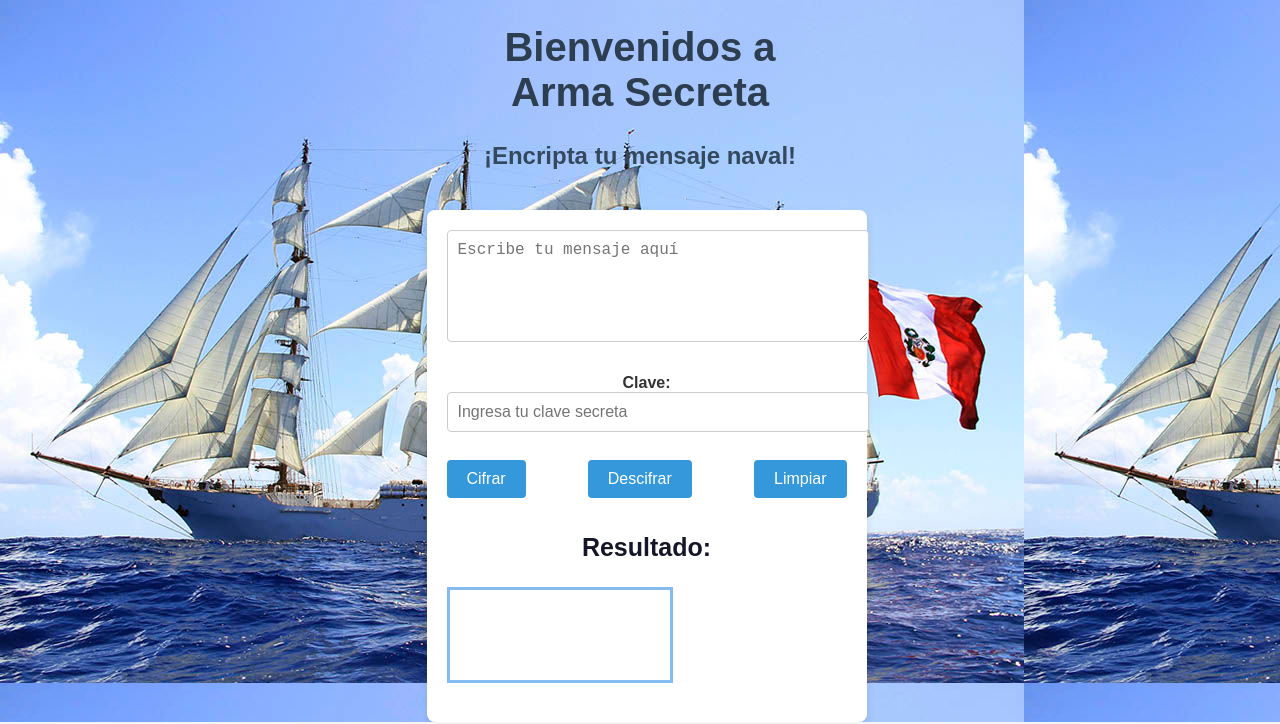
Repository: SusanaCahuantico/LIM009-Cipher
Page: src/index.html
These files come from the project's save history. The page is drawn as it stood at one moment and after the next save; the edit follows.
The browser window is 1280 px wide. The pictures show the whole page.

Above is the page before, as saved 2025-03-05 12:06:57.

### src/index.html
<!DOCTYPE html>
<html lang="es">
<head>
  <meta charset="UTF-8">
  <meta name="viewport" content="width=device-width, initial-scale=1.0">
  <title>Arma Secreta</title>
  <link rel="stylesheet" href="style.css">
</head>
<body>
  <header>
    <h1>Bienvenidos a <br>Arma Secreta</h1>
    <h2>¡Encripta tu mensaje naval!</h2>
  </header>
  <main>
    <div class="container">
      <textarea id="mensaje" cols="35" rows="5" placeholder="Escribe tu mensaje aquí"></textarea>
      <br><br>
      <label for="offset"><strong>Clave:</strong></label>
      <input type="text" id="offset" placeholder="Ingresa tu clave secreta">
      <br><br>
      <div class="buttons">
        <button id="cifrar" class="btn">Cifrar</button>
        <button id="descifrar" class="btn">Descifrar</button>
        <button id="limpiar" class="btn">Limpiar</button>
      </div>
      <h3>Resultado:</h3>
      <p id="result"></p>
    </div>
  </main>
  <script src="cipher.js"></script>
  <script src="index.js"></script>
</body>
</html>

### src/style.css
body {
    background-image: url(fondo/fondo4.jpg);
    font-family: 'Arial', sans-serif;
    background-color: #f4f4f4;
    color: #333;
    margin: 0;
    padding: 0;
    display: flex;
    justify-content: center;
    align-items: center;
    height: 100vh;
    flex-direction: column;
  }

  header {
    text-align: center;
    margin-bottom: 20px;
  }

  h1 {
    font-size: 2.5rem;
    color: #2c3e50;
  }

  h2 {
    font-size: 1.5rem;
    color: #34495e;
  }

  .container {
    background-color: #fff;
    padding: 20px;
    border-radius: 8px;
    box-shadow: 0 4px 8px rgba(0, 0, 0, 0.1);
    width: 100%;
    max-width: 400px;
    text-align: center;
  }

  textarea {
    width: 100%;
    padding: 10px;
    border-radius: 4px;
    border: 1px solid #ccc;
    font-size: 1rem;
    margin-bottom: 10px;
  }

  input[type="text"] {
    width: 100%;
    padding: 10px;
    border-radius: 4px;
    border: 1px solid #ccc;
    font-size: 1rem;
    margin-bottom: 10px;
  }

  .buttons {
    display: flex;
    justify-content: space-between;
    margin-bottom: 20px;
  }

  .btn {
    padding: 10px 20px;
    border: none;
    border-radius: 4px;
    background-color: #3498db;
    color: #fff;
    font-size: 1rem;
    cursor: pointer;
    transition: background-color 0.3s ease;
  }

  .btn:hover {
    background-color: #2980b9;
  }

  #result {
    font-size: 1.2rem;
    color: #2c3e50;
    margin-top: 20px;
  }

.cajita{
    margin: auto;

}

h3{
    margin-top: 35px;
    color: rgb(22, 22, 41);
    font-size: 25px;
    text-align: center;
}
p{
    text-align: center;
    font-style: solid;
    width: 200px;
    height: 70px;
    background-color: white;
    border: 3px;
    padding: 10px;
    border: 3px solid rgb(133, 188, 240);
    padding: 10px;
}

### src/cipher.js
window.cipher = {
	encode: (offset, string) => {
		const despl = parseInt(offset);
		let result = "";

		for(let i=0; i<string.length; i++){
			let number = string.charCodeAt(i);
			if(number>=65 && number<=90){
				result += String.fromCharCode((number - 65 + despl ) % 26 + 65);
			}
			else if (number === 32) {
				 result += String.fromCharCode(32);
			}
			else if (number >= 97 && number <= 122) {
				result += String.fromCharCode((number-97 + despl) % 26 + 97);
			}
			else if (number >= 33 && number <= 64) {
				result += String.fromCharCode((number - 33 + despl) % 32 + 33);
			}
			else {
				result = "Fuera de rango";
			}
		}  return result;
	},

	decode: (offset, string) => {
		const despl = parseInt(offset);
		let result = "";

		for(let i=0; i<string.length; i++){
			let number = string.charCodeAt(i);
			if(number>=65 && number<=90){
				result += String.fromCharCode((number - 65 - despl) % 26 + 65);
			}
			else if (number === 32) {
				 result += String.fromCharCode(32);
			}
			else if (number >= 97 && number <= 122) {
				result += String.fromCharCode((number - 97 - despl) % 26 + 97);
			}
			else if (number >= 33 && number <= 64) {
				result += String.fromCharCode((number - 33 - despl) % 32 + 33);
			}
			else{
				result = "Fuera de rango";
			}
		}  return result;
	},
};

### src/index.js
const offset = document.getElementById("offset");
const mensaje = document.getElementById("mensaje");
const btncifrar = document.getElementById("cifrar");
const btndescifrar = document.getElementById("descifrar");
const resulta = document.getElementById("result");
const clear = document.getElementById("limpiar");

btncifrar.addEventListener("click", () => {
    const mensajeCapturado = mensaje.value;
    const offsetCapturado = offset.value;
    resulta.innerHTML = cipher.encode(offsetCapturado, mensajeCapturado);
});

btndescifrar.addEventListener("click", () => {
    const mensajeCapturado = mensaje.value;
    const offsetCapturado = offset.value;
    resulta.innerHTML = cipher.decode(offsetCapturado, mensajeCapturado);
});

clear.addEventListener("click", () => {
    mensaje.value = " ";
    offset.value = " ";
    resulta.innerHTML = " ";
});

After the next save:
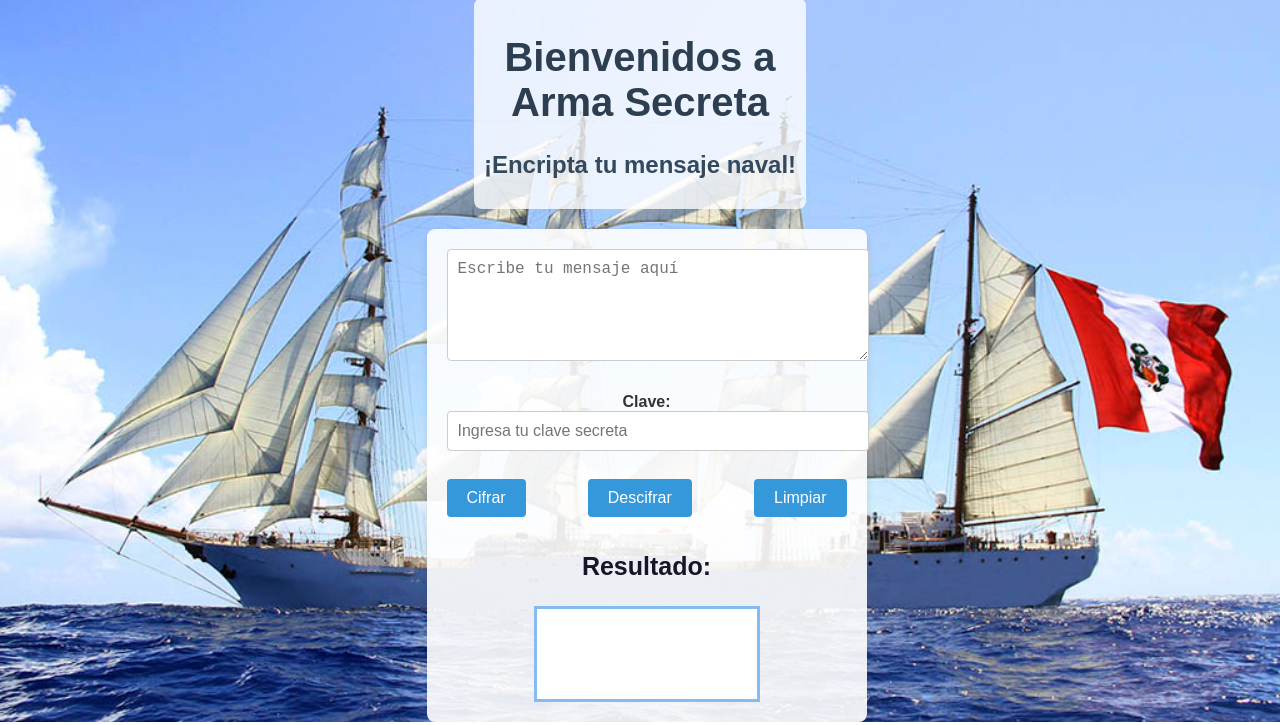
Saved 3 min 15 s later.
--- a/src/style.css
+++ b/src/style.css
@@ -1,7 +1,9 @@
 body {
-    background-image: url(fondo/fondo4.jpg);
+    background-image: url('fondo/fondo4.jpg'); /* Asegúrate de que la ruta sea correcta */
+    background-size: cover; /* La imagen cubrirá toda la pantalla */
+    background-position: center; /* Centra la imagen */
+    background-repeat: no-repeat; /* Evita que la imagen se repita */
     font-family: 'Arial', sans-serif;
-    background-color: #f4f4f4;
     color: #333;
     margin: 0;
     padding: 0;
@@ -10,58 +12,61 @@ body {
     align-items: center;
     height: 100vh;
     flex-direction: column;
-  }
+}
 
-  header {
+header {
     text-align: center;
     margin-bottom: 20px;
-  }
+    background-color: rgba(255, 255, 255, 0.8); /* Fondo semitransparente para mejorar la legibilidad */
+    padding: 10px;
+    border-radius: 8px;
+}
 
-  h1 {
+h1 {
     font-size: 2.5rem;
     color: #2c3e50;
-  }
+}
 
-  h2 {
+h2 {
     font-size: 1.5rem;
     color: #34495e;
-  }
+}
 
-  .container {
-    background-color: #fff;
+.container {
+    background-color: rgba(255, 255, 255, 0.9); /* Fondo semitransparente */
     padding: 20px;
     border-radius: 8px;
     box-shadow: 0 4px 8px rgba(0, 0, 0, 0.1);
     width: 100%;
     max-width: 400px;
     text-align: center;
-  }
+}
 
-  textarea {
+textarea {
     width: 100%;
     padding: 10px;
     border-radius: 4px;
     border: 1px solid #ccc;
     font-size: 1rem;
     margin-bottom: 10px;
-  }
+}
 
-  input[type="text"] {
+input[type="text"] {
     width: 100%;
     padding: 10px;
     border-radius: 4px;
     border: 1px solid #ccc;
     font-size: 1rem;
     margin-bottom: 10px;
-  }
+}
 
-  .buttons {
+.buttons {
     display: flex;
     justify-content: space-between;
     margin-bottom: 20px;
-  }
+}
 
-  .btn {
+.btn {
     padding: 10px 20px;
     border: none;
     border-radius: 4px;
@@ -70,37 +75,36 @@ body {
     font-size: 1rem;
     cursor: pointer;
     transition: background-color 0.3s ease;
-  }
+}
 
-  .btn:hover {
+.btn:hover {
     background-color: #2980b9;
-  }
+}
 
-  #result {
+#result {
     font-size: 1.2rem;
     color: #2c3e50;
     margin-top: 20px;
-  }
-
-.cajita{
-    margin: auto;
-
 }
 
-h3{
+.cajita {
+    margin: auto;
+}
+
+h3 {
     margin-top: 35px;
     color: rgb(22, 22, 41);
     font-size: 25px;
     text-align: center;
 }
-p{
+
+p {
     text-align: center;
     font-style: solid;
     width: 200px;
     height: 70px;
     background-color: white;
-    border: 3px;
-    padding: 10px;
     border: 3px solid rgb(133, 188, 240);
     padding: 10px;
+    margin: 0 auto; /* Centra el párrafo */
 }
